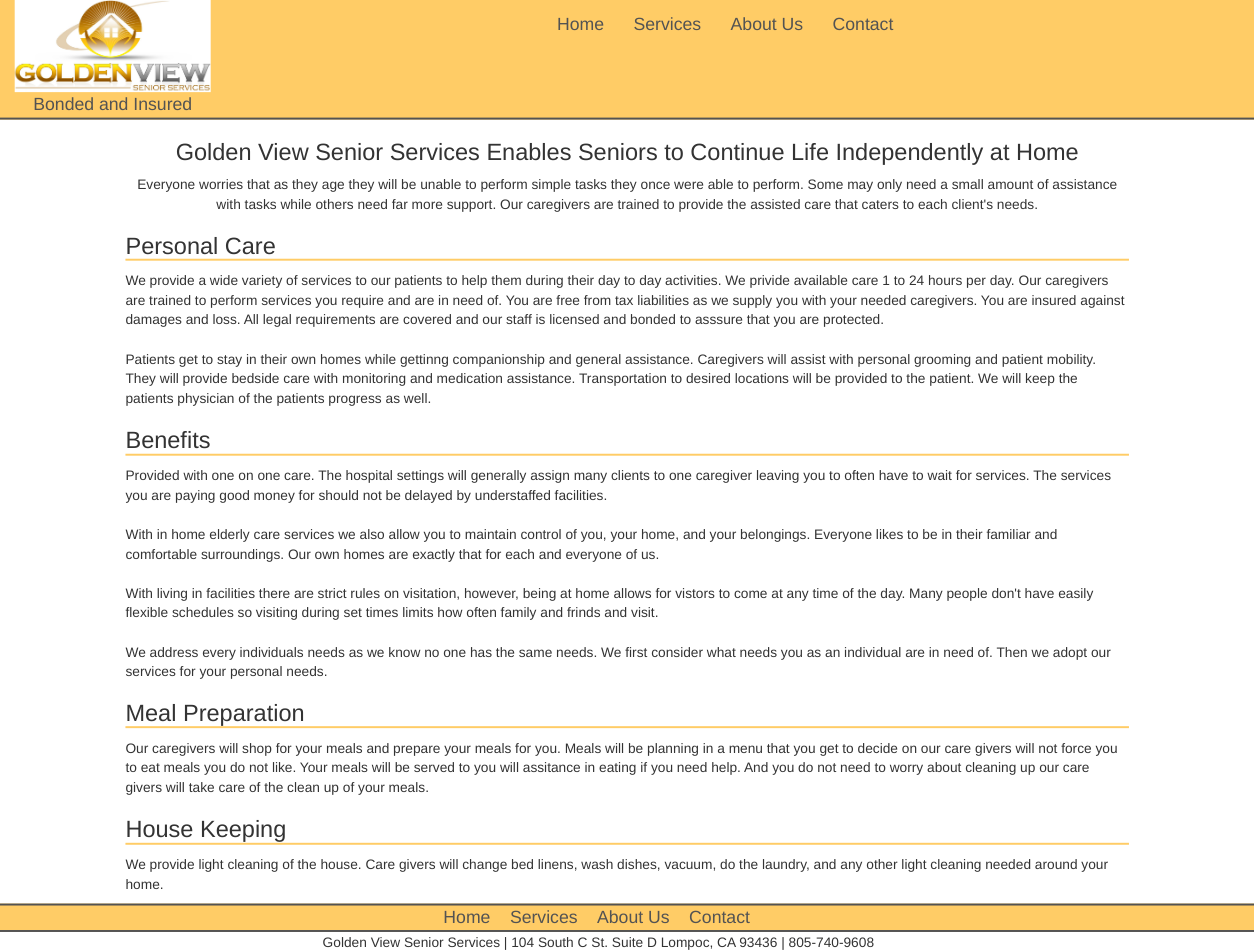
Repository: alprusa/GoldenViewWebsiteMockup
Page: GoldenViewWebsite/services/index.html
The author's editor kept a copy of each file at every save. The page is drawn from the files as they stood at one save, then again after the next save.
The browser window is 1280 px wide. The pictures show the whole page, at 98% of full size.

Above is the page before, as saved 2016-10-26 11:33:39.

After the next save:
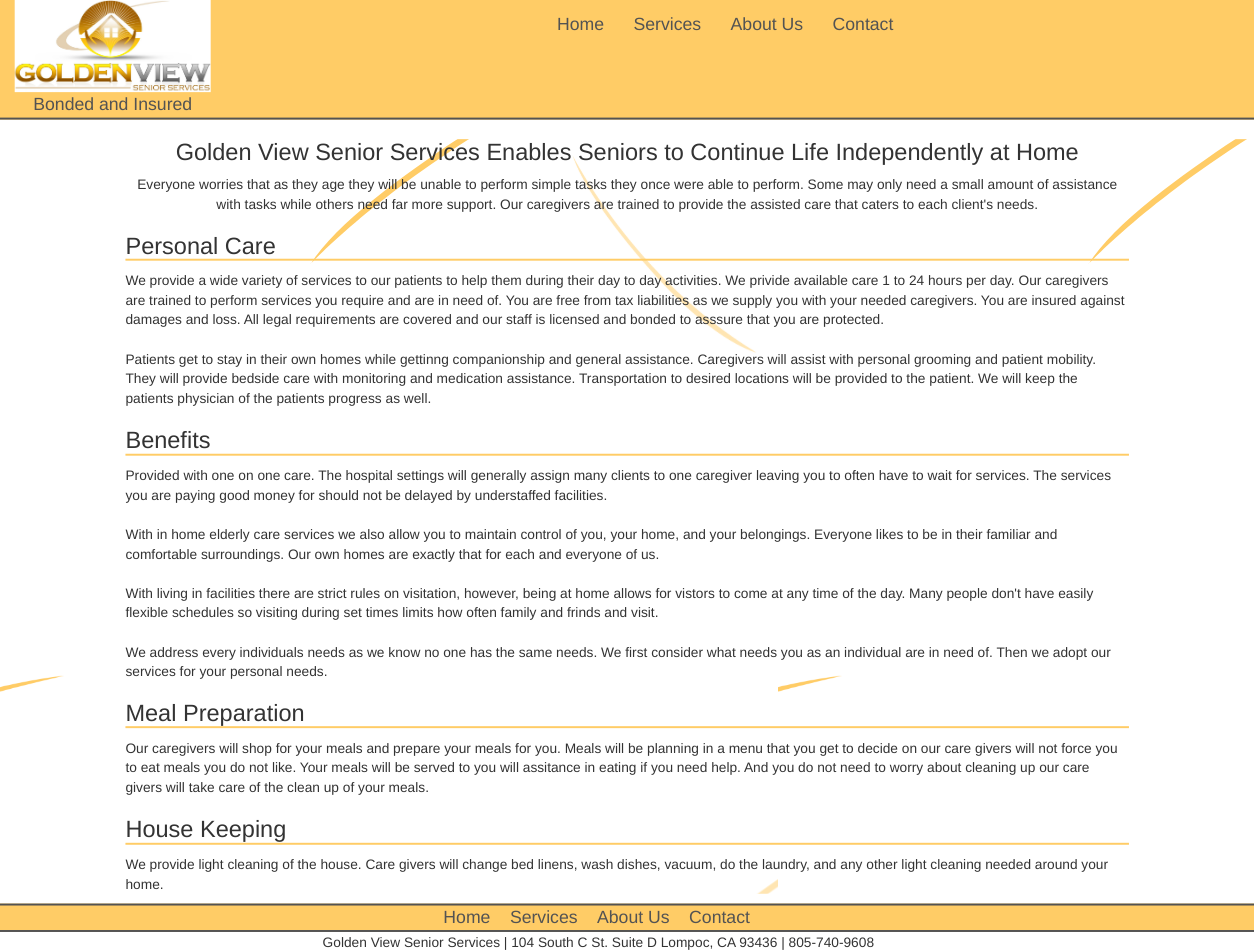
Saved 8 s later.
--- a/GoldenViewWebsite/services/Swoosh.css
+++ b/GoldenViewWebsite/services/Swoosh.css
@@ -1,4 +1,4 @@
-#temp{
+#SwooshDiv{
 	margin: 0 auto;
 	background-image: url("../img/Swooshes.svg");
 	background-repeat: no-repeat;
